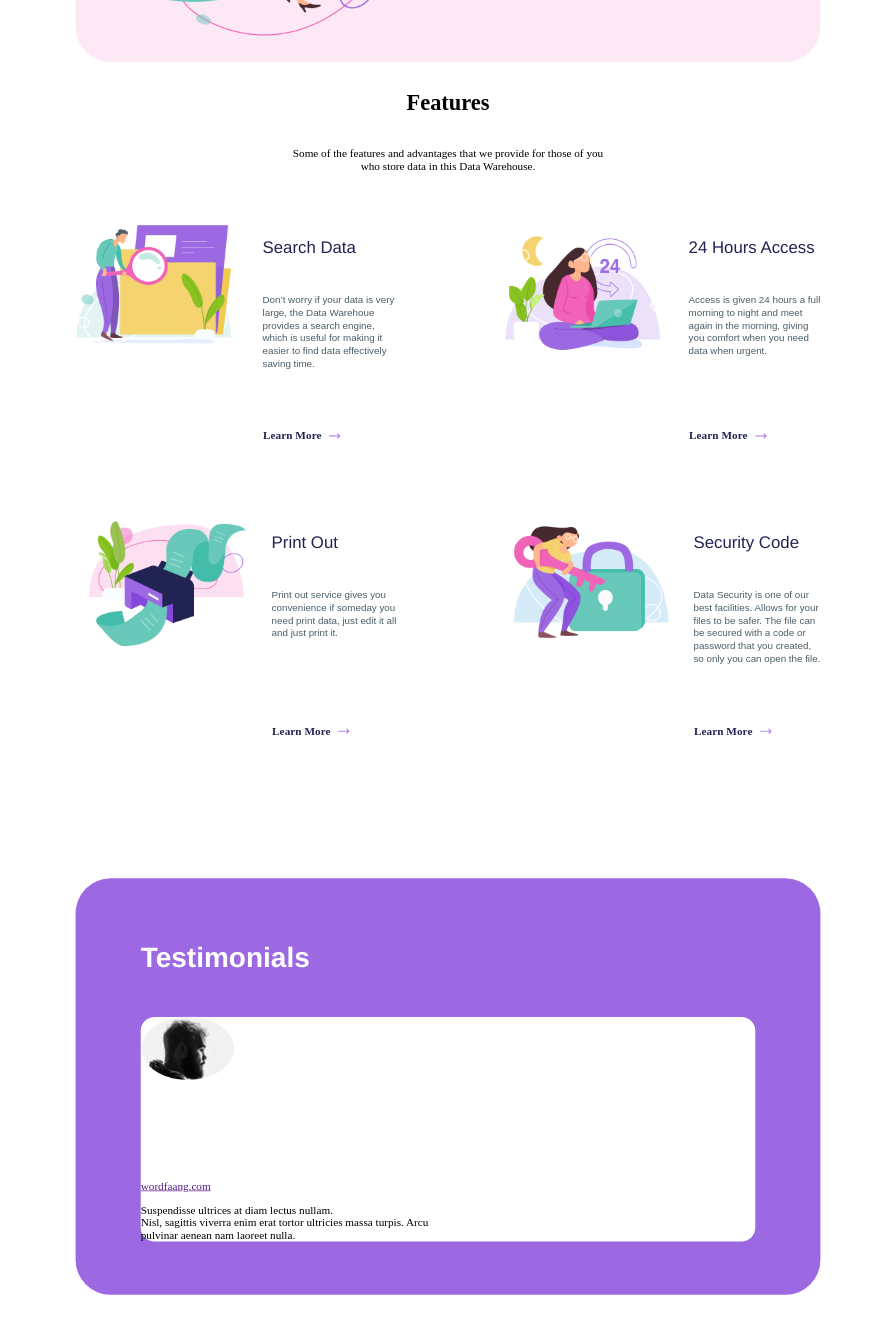
Repository: batonAnton/HW6_flexbox
Page: index.html
An editor plug-in stored every save of this project. The page is shown before and after the next save, followed by the edit.
The browser window is 1280 px wide. The pictures show the part of the page from y = 1244 to 3164 px (the page is 3164 px tall before and 2981 px after), at 70% of full size.
Some web fonts or font styles are not loaded; a fallback is used.

Above is the page before, as saved 2022-06-18 13:30:33.

### index.html
<!DOCTYPE html>
<html lang="en">
<head>
    <meta charset="UTF-8">
    <meta http-equiv="X-UA-Compatible" content="IE=edge">
    <meta name="viewport" content="width=device-width, initial-scale=1.0">
    <link href="http://fonts.cdnfonts.com/css/helvetica-neue-9" rel="stylesheet">
    <link rel="stylesheet" href="./fonts/Helvetica-Bold.ttf">
    <link rel="stylesheet" href="./fonts/AvenirLTStd-Black.otf">
    <link rel="stylesheet" href="./css/style.css">
    <title>FlexBox</title>
</head>
<body>
    <header>
        <div class="logo">
            <img src="./images/logo.png" alt="logo">
        </div>

        <nav>
            <ul>
                <li>
                    <a href="#">about</a>
                </li>
                <li>
                    <a href="#">help</a>
                </li>
                <li>
                    <a href="#">features</a>
                </li>
                <li>
                    <a href="#">signup</a>
                </li>
            </ul>
        </nav>

        <div class="header-btn">
            <div>
                <button>request demo</button>
            </div>
            <div class="btn-img">
                <img src="./images/right-arrow.png" alt="arrow-right" >
            </div>
        </div>
    </header>

    <div class="section allstyles">
        <div class="info">
            <h1>Save your data <br> storage here.</h1>
            <p>Data Warehouse is a data storage area that <br>has been
                tested for security, so you can store <br> your data here
                safely but not be afraid of <br> being stolen by others.</p>
            <button>Learn more</button>
        </div>

        <div class="section-img">
            <img src="./images/headerImg.png" alt="">
        </div>
    </div>

    <div class="section2 allstyles">
        <div class="sectin2-img">
            <img src="./images/assideimg.png" alt="assideimg">
        </div>

        <div class="section2-info">
            <h1>We are a high-level data <br> storage bank</h1>
            <p>
                The place to store various data that you can access at any <br> time through the internet  and where you can carry it. <br>
                This very flexible storage area has a high level of security. <br> To enter into your own data you must enter the password <br> that you created when you registered in this Data <br> Warehouse.
            </p>
        </div>
    </div>

    <div class="section3 allstyles">
        <h1 class="section3-header"> Features</h1>
        <p class="section3-header">Some of the features and advantages that we provide for those of you <br> who store data in this Data Warehouse.</p>

        <div class="row1">
            <div class="block">
                <img src="./images/section3/image1 1.png" alt="img">
                <div class="info">
                    <h1>Search Data</h1>
                <p>
                    Don’t worry if your data is very <br> large, the Data Warehoue <br> provides a search engine, <br> which is useful for making it <br> easier to find data effectively <br> saving time.
                </p>

                <div class="header-btn section3-btn">
                    <div>
                        <button>Learn more</button>
                    </div>
                    <div class="btn-img">
                        <img src="./images/right-arrow.png" alt="arrow-right" >
                    </div>
                </div>
                </div>

            </div>


            <div class="block">
                <img src="./images/section3/image2.png" alt="img">
                <div class="info">
                    <h1>24 Hours Access</h1>
                <p>
                    Access is given 24 hours a full <br> morning to night and
                    meet <br> again in the morning, giving <br> you comfort when
                    you need <br> data when urgent.
                </p>

                <div class="header-btn section3-btn">
                    <div>
                        <button>Learn more</button>
                    </div>
                    <div class="btn-img">
                        <img src="./images/right-arrow.png" alt="arrow-right" >
                    </div>
                </div>
                </div>

            </div>
        </div>

        <!-- row2 start -->

        <div class="row1 row2">
            <div class="block">
                <img src="./images/section3/image3 1.png" alt="img">
                <div class="info">
                    <h1>Print Out</h1>
                <p>
                    Print out service gives you <br> convenience if someday
                    you <br> need print data, just edit it all <br> and just print it.
                </p>

                <div class="header-btn section3-btn">
                    <div>
                        <button>Learn more</button>
                    </div>
                    <div class="btn-img">
                        <img src="./images/right-arrow.png" alt="arrow-right" >
                    </div>
                </div>
                </div>

            </div>


            <div class="block">
                <img src="./images/section3/image4 1.png" alt="img">
                <div class="info">
                    <h1>Security Code</h1>
                <p>
                    Data Security is one of our <br> best facilities. Allows for your <br> files
                    to be safer. The file can <br> be secured with a code or <br>
                    password that
                    you created, <br> so only you can open the file.
                </p>

                <div class="header-btn section3-btn">
                    <div>
                        <button>Learn more</button>
                    </div>
                    <div class="btn-img">
                        <img src="./images/right-arrow.png" alt="arrow-right" >
                    </div>
                </div>
                </div>

            </div>
        </div>
    </div>

    <div class="section4 allstyles">
        <h1>Testimonials</h1>

        <div class="block">
            <img src="./images/section3/section4.png" alt="img">
            <div class="info">
                <h1>John Fang </h1>
                <a href="">wordfaang.com</a>
                <p>
                    Suspendisse ultrices at diam lectus nullam. <br>
                    Nisl, sagittis viverra enim erat tortor ultricies massa turpis. Arcu <br> pulvinar aenean nam laoreet nulla.
                </p>
            </div>
        </div>
    </div>
</body>
</html>

### css/style.css
body {
  box-sizing: border-box;
  font-family: "Avenir";
}

.allstyles{
    margin: 70px 100px;
}

header {
  display: flex;
  margin: 30px 100px;
  justify-content: space-between;
  /* border: 1px solid gray; */
 font-family: Arial, Helvetica, sans-serif;
  font-size: 16px;
}


nav {
  margin-right: 40%;
}

nav ul {
  display: flex;
  list-style: none;
  color: #4b5d68;
}

nav ul li a {
  text-decoration: none;
  padding-left: 20px;
  text-transform: capitalize;
}

.header-btn {
  display: flex;
  justify-content: center;
}


.header-btn button {
  padding: 15px 30px 15px 15px;
  text-transform: capitalize;
  border: none;
  border-radius: 50px;
  background: #ffffff;
  box-shadow: 0px 5px 5px rgb(75 93 104 / 15%);
  width: 210px;
  color: #212353;
  font-size: 16px;
  font-weight: 800;
  line-height: 100%;
  letter-spacing: 0.005em;
}

.btn-img {
  margin-left: -35px;
  padding-left: -15px;
  align-self: center;
}

button img {
  padding-top: 5px;
  margin-left: 5px;
}

button:hover {
  border: 1px solid rgba(156, 105, 226, 1);
  text-decoration: underline;
}

.section {
  display: flex;
  position: relative;
  height: 600px;
  overflow: hidden;
}


.info {
  width: 50%;
}

.section h1 {
  font-style: normal;
  font-weight: 700;
  font-size: 4rem;
  line-height: 110%;
  font-family: "Helvetica Neue", sans-serif;
  color:#212353;
  font-weight: 700;
}



.section p {
  font-family: 'Avenir', Helvetica, sans-serif;
  font-style: normal;
  font-weight: 500;
  font-size: 16px;
  line-height: 28px;
  margin-top: 50px;
  margin-bottom: 50px;
}

.section-img {
  position: absolute;
  bottom: 1%;
  right: -13%;
}
.section-img img {
  width: 84%;
}

.info button{
    font-family: 'Avenir', Helvetica, sans-serif;
    font-style: normal;
    font-weight: 700;
    font-size: 18px;
    line-height: 160%;
    background-color: #9C69E2;
    border-radius: 50px;
    color: #ffffff;
    width: 170px;
    height: 60px;
    border: none;
    cursor: pointer;
}


.section2{
    display: flex;
    justify-content: space-between;
    background: rgba(240, 99, 184, 0.15);
    border-radius: 50px;
    font-family: 'Avenir', Helvetica, sans-serif;
}

.section2 h1{
    font-style: normal;
    font-weight: 700;
    font-size: 40px;
    line-height: 130%;
    color: #212353;
}

.section2 p{
    font-family: 'Avenir', Helvetica, sans-serif;
font-style: normal;
font-weight: 400;
font-size: 16px;
line-height: 160%;
}

.section2-info{
    padding:55px;
}


.section3-header{
    text-align: center;
    margin: -30px 0 75px 0;
}

.row1{
    display: flex;
    justify-content: space-between;
}

.row1 .block img{
    float: left;
}

.section3 .info{
  float: right;
  width: auto;
  margin-left: 35px;
}

.section3 .info h1{
  font-family: 'Helvetica';
font-style: normal;
font-weight: 400;
font-size: 24px;
line-height: 130%;
color: #212353;
}

.section3 .info p{
  font-family: 'Avenir',  sans-serif;
font-style: normal;
font-weight: 200;
font-size: 14px;
line-height: 130%;
color: #4B5D68;
margin-top: 50px;
/* margin-bottom: 50px; */
height: 160px;
}

.section3 .section3-btn button{
  padding:0;
  color: #212353;
  box-shadow: none;
  background-color: #ffffff;
  font-family: 'Avenir';
font-style: normal;
font-weight: 900;
font-size: 16px;
line-height: 160%;
letter-spacing: 0.005em;
width:85px;
}

.section3 .header-btn{
  display: flex;
  justify-content: flex-start;
}

.section3 .btn-img{
  margin-left: 10px;
}

.row2{
  margin: 90px 0  180px 0;
}

.section4{
  /* height: 709px; */
  background-color: #9C69E2;
  border-radius: 50px;
  padding: 60px 93px;
}

.section4 h1{
  font-family: 'Helvetica';
  font-style: normal;
  font-weight: 700;
  font-size: 40px;
  line-height: 130%;
  color: #FFFFFF;
  margin-bottom: 60px;
}

.section4 .block{
  background-color: #FFFFFF;
  box-shadow: 0px 20px 0px rgba(156, 105, 226, 0.3);
  border-radius: 20px;
  padding: ;
}

After the next save:
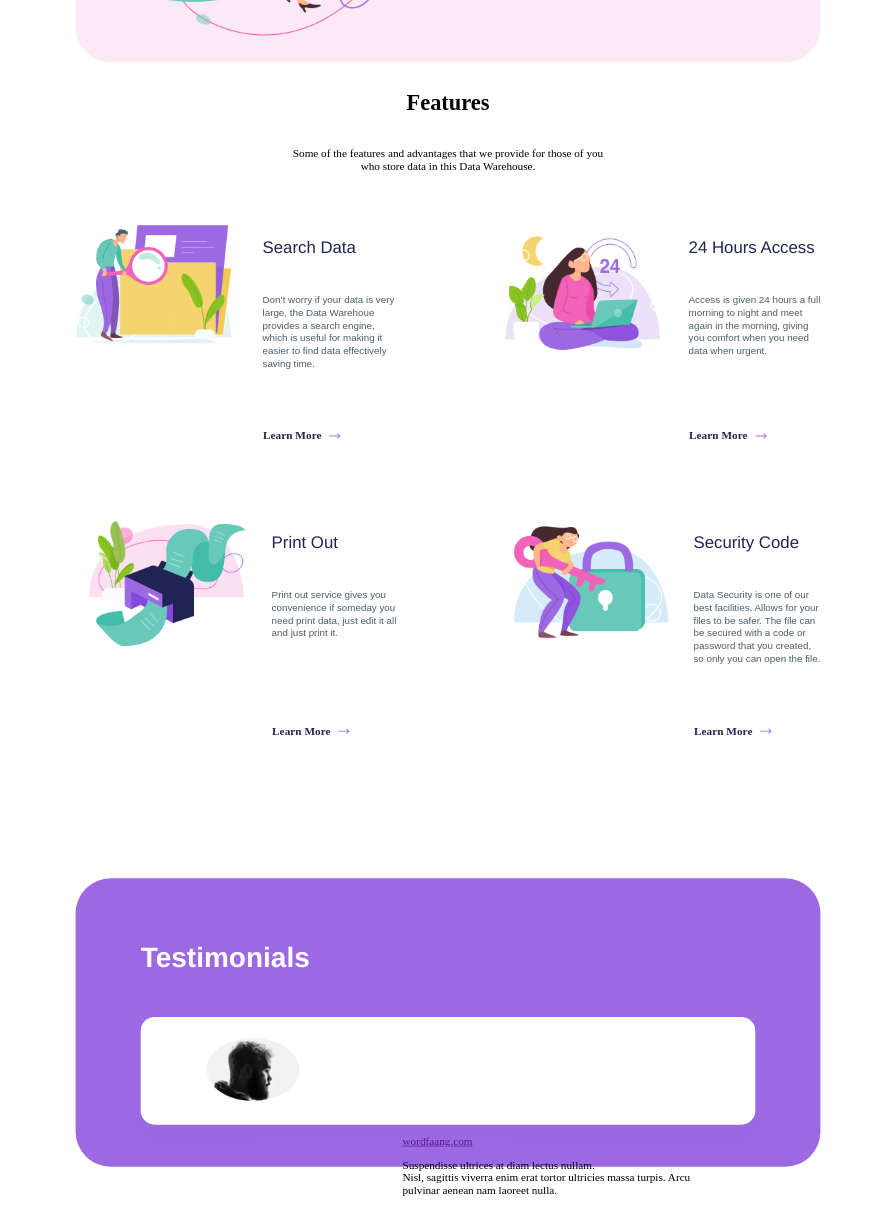
Saved 5 min 6 s later.
--- a/css/style.css
+++ b/css/style.css
@@ -205,12 +205,12 @@ height: 160px;
   box-shadow: none;
   background-color: #ffffff;
   font-family: 'Avenir';
-font-style: normal;
-font-weight: 900;
-font-size: 16px;
-line-height: 160%;
-letter-spacing: 0.005em;
-width:85px;
+  font-style: normal;
+  font-weight: 900;
+  font-size: 16px;
+  line-height: 160%;
+  letter-spacing: 0.005em;
+  width:85px;
 }
 
 .section3 .header-btn{
@@ -247,5 +247,12 @@ width:85px;
   background-color: #FFFFFF;
   box-shadow: 0px 20px 0px rgba(156, 105, 226, 0.3);
   border-radius: 20px;
-  padding: ;
-}
+  padding: 30px 93px;
+}
+
+.section4 .info{
+  float: right;
+  width: auto;
+}
+
+.section4 h1
